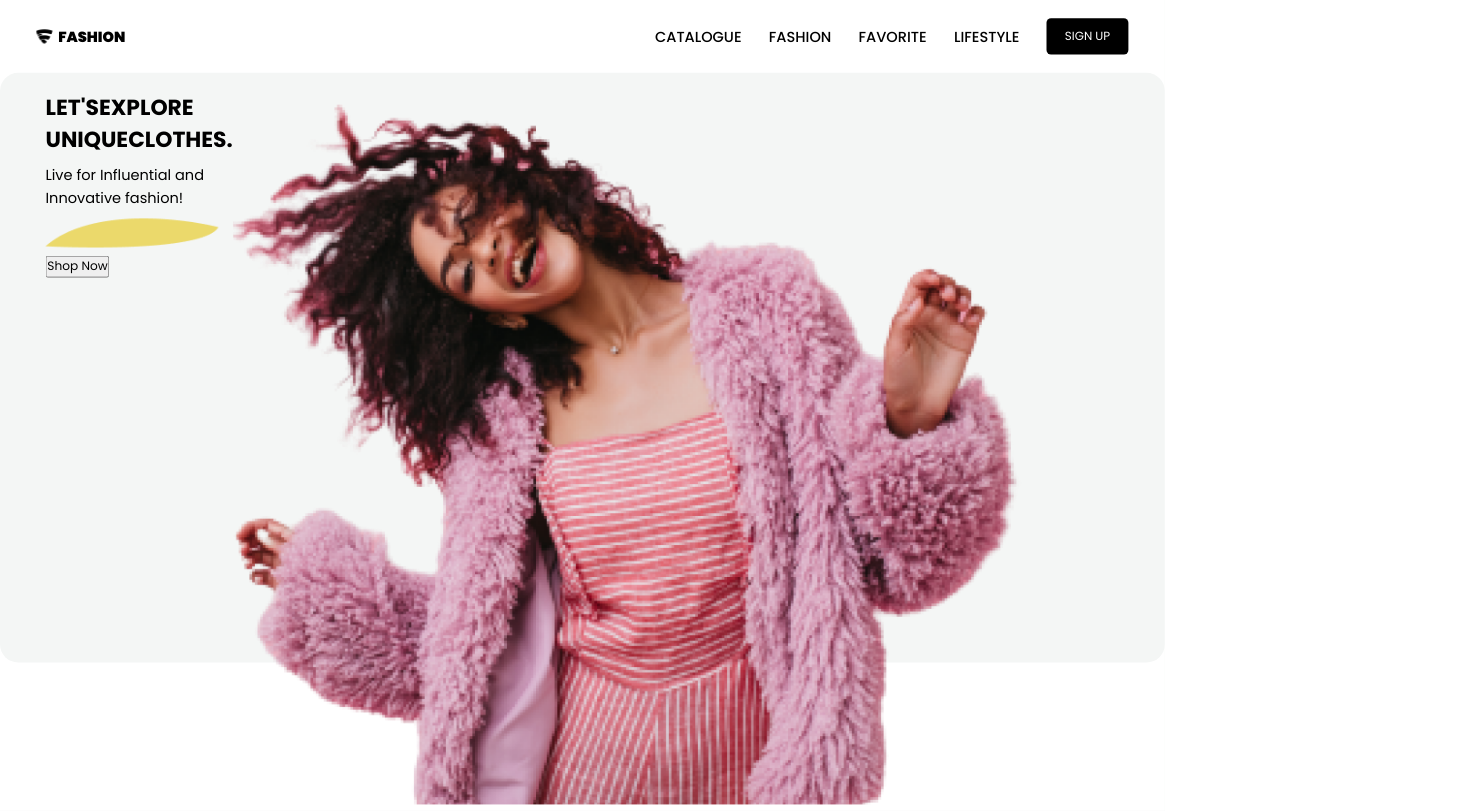
Repository: isaacCodes1/FashionSite
Page: index.html
The author's editor kept a copy of each file at every save. The page is drawn from the files as they stood at one save, then again after a run of saves.
The browser window is 1280 px wide. The page is 1280 px wide, then 1625 px, so the pictures cover 1625 px, including what lies to the right of the window. The pictures show the whole page, at 91% of full size.

Above is the page before, as saved 2024-03-11 15:37:56.

After the next 7 saves:
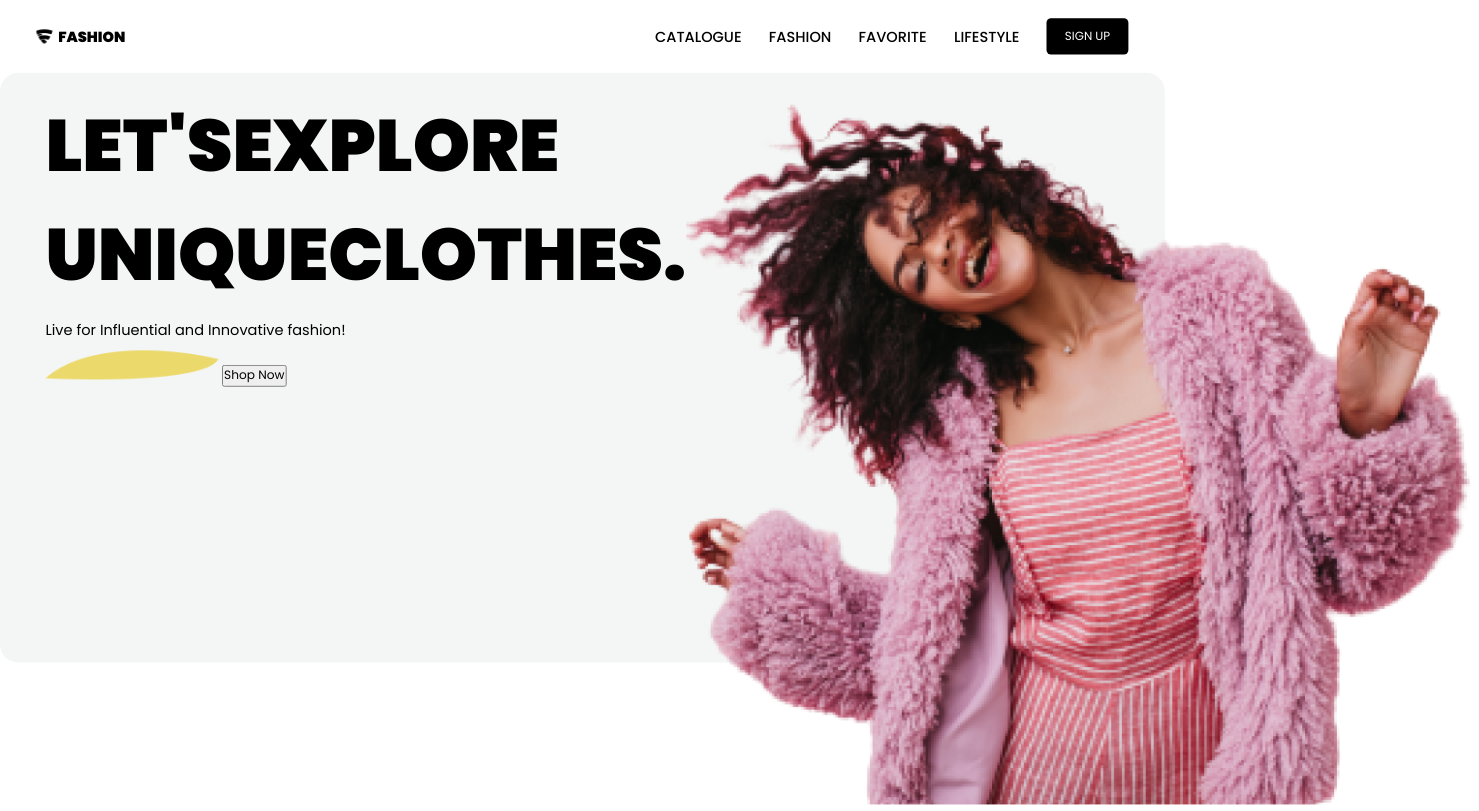
The 7 saves are shown as one change because they came seconds apart.
The last was saved 16 s later.
--- a/style.css
+++ b/style.css
@@ -75,4 +75,8 @@
     gap: 10px;
     padding-left: 40px;
 }
-.txtCo
+.txtCont h1{
+    font-size: 80px;
+    font-weight: 900;
+
+}
